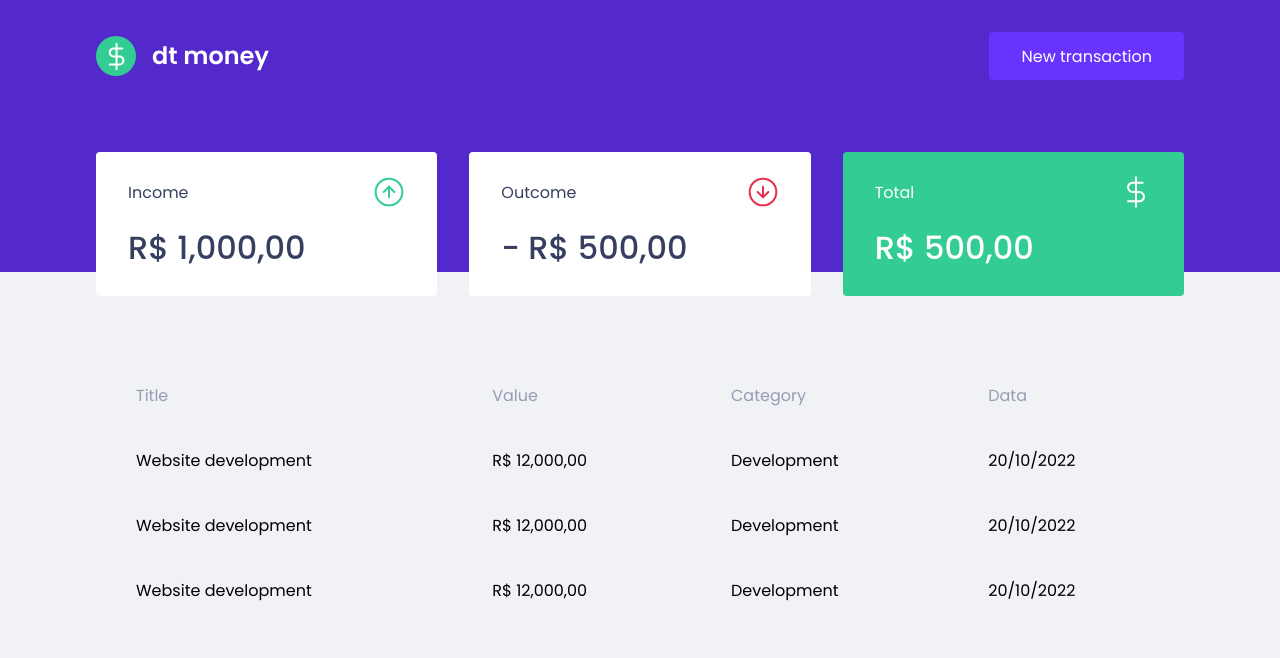
Repository: JoseGu1llardi/dtmoney
Page: /
The author's editor kept a copy of each file at every save. The page is drawn from the files as they stood at one save, then again after the next save.
The browser window is 1280 px wide. The pictures show the whole page.
The project was rebuilt for these pictures with package versions that can differ from the ones it lists, and the page was loaded fresh each time.

Above is the page before, as saved 2022-12-30 15:41:31.

### public/index.html
<!DOCTYPE html>
<html lang="en">
  <head>
    <link rel="preconnect" href="https://fonts.googleapis.com" />
    <link rel="preconnect" href="https://fonts.gstatic.com" crossorigin />

    <meta charset="utf-8" />
    <meta name="viewport" content="width=device-width, initial-scale=1" />

    <link
      href="https://fonts.googleapis.com/css2?family=Poppins:wght@400;500;600&display=swap"
      rel="stylesheet"
    />

    <link rel="shortcut icon" href="favicon.png" type="image/png" />

    <title>Guillardi Money</title>
  </head>
  <body>
    <noscript>You need to enable JavaScript to run this app.</noscript>
    <div id="root"></div>
  </body>
</html>

### src/index.tsx
import { StrictMode } from 'react';
import { createRoot } from 'react-dom/client';
import { App } from './App';

const root = createRoot(
  document.getElementById('root') as HTMLElement
);
root.render(
  <StrictMode>
    <App />
  </StrictMode>
);

### src/App.tsx
import { Dashboard } from "./components/Dashboard";
import { Header } from "./components/Header";

import { GlobalStyle } from "./styles/global";

export function App() {
  return (
    <>
      <Header />
      <Dashboard />
      <GlobalStyle />
    </>
  );
}

### src/components/Dashboard/index.tsx
import { Summary } from "../Summary";
import { TransactionTable } from "../TransactionsTable";

import { Container } from "./styles";


export function Dashboard() {
    return (
        <Container>
            <Summary />
            <TransactionTable />
        </Container>
    )
}

### src/components/Header/index.tsx
import logoImg from '../../assets/logo.svg'
import { Container, Content } from './styles'

export function Header() {
    return (
        <Container>
            <Content>
                <img src={logoImg} alt="Logo Guillardi Money" />
                <button>
                    New transaction
                </button>
            </Content>
        </Container>
    )
}

### src/styles/global.ts
import { createGlobalStyle } from "styled-components";

export const GlobalStyle = createGlobalStyle`
    :root {
        --background: #F0F2F5;
        --red: #e52e4d;
        --blue: #5429cc;
        --green: #33cc95;

        --blue-light: #6933ff;

        --text-title: #363f5f;
        --text-body: #969cb3;

        --background: #f0f2f5;
        --shape: #ffffff;
    }

    * {
        margin: 0;
        padding: 0;
        box-sizing: border-box;
    }

    html {
        @media (max-width: 1080px) {
            font-size: 93.75%;

        @media (max-width: 720px) {
            font-size: 87.5%;
        }
    }

    }

    body {
        background: var(--background);
        -webkit-font-smoothing: antialiased;
    }

    body, input, textarea, button {
        font-family: 'Poppins', sans-serif;
        font-weight: 400;
    }

    h1, h2, h3, h4, h5, h6, strong {
        font-weight: 600;
    }

    button {
        cursor: pointer;
    }

    [disabled] {
        opacity: 0.6;
        cursor: not-allowed;
    }
`;

### src/components/Summary/index.tsx
import { Container } from './styles';

import incomeImg from '../../assets/income.svg';
import outcomeImg from '../../assets/outcome.svg';
import totalImg from '../../assets/total.svg';

export function Summary() {
    return (
        <Container>
            <div>
                <header>
                    <p>Income</p>
                    <img src={incomeImg} alt="Logo income" />
                </header>
                <strong>R$ 1,000,00</strong>
            </div>

            <div>
                <header>
                    <p>Outcome</p>
                    <img src={outcomeImg} alt="Logo outcome" />
                </header>
                <strong>- R$ 500,00</strong>
            </div>

            <div className="highlight-background">
                <header>
                    <p>Total</p>
                    <img src={totalImg} alt="Logo total" />
                </header>
                <strong>R$ 500,00</strong>
            </div>
        </Container>
    )
}

### src/components/TransactionsTable/index.tsx
import { Container } from './styles';

export function TransactionTable() {
    return (
        <Container>
            <table>
                <thead>
                    <tr>
                        <th>Title</th>
                        <th>Value</th>
                        <th>Category</th>
                        <th>Data</th>
                    </tr>
                </thead>

                <tbody>
                    <tr>
                        <td>Website development</td>
                        <td>R$ 12,000,00</td>
                        <td>Development</td>
                        <td>20/10/2022</td>
                    </tr>

                    <tr>
                        <td>Website development</td>
                        <td>R$ 12,000,00</td>
                        <td>Development</td>
                        <td>20/10/2022</td>
                    </tr>

                    <tr>
                        <td>Website development</td>
                        <td>R$ 12,000,00</td>
                        <td>Development</td>
                        <td>20/10/2022</td>
                    </tr>

                </tbody>
            </table>
        </Container>
    )
}

### src/components/Header/styles.ts
import styled from "styled-components";

export const Container = styled.header`
  background: var(--blue);
`;

export const Content = styled.div`
  max-width: 1120px;
  margin: 0 auto;

  padding: 2rem 1rem 12rem;
  display: flex;
  align-items: center;
  justify-content: space-between;

  button {
    font-size: 1rem;
    color: white;
    background: var(--blue-light);
    border: 0;
    padding: 0 2rem;
    border-radius: 0.25rem;
    height: 3rem;

    transition: filter 0.2s;

    &:hover {
      filter: brightness(0.9);
    }
  }
`;

### src/components/Summary/styles.ts
import styled from "styled-components";

export const Container = styled.div`
  display: grid;
  grid-template-columns: repeat(3, 1fr);
  gap: 2rem;
  margin-top: -10rem;

  div {
    background: var(--shape);
    padding: 1.5rem 2rem;
    border-radius: 0.25rem;
    color: var(--text-title);

    header {
      display: flex;
      align-items: center;
      justify-content: space-between;
    }

    strong {
      display: block;
      margin-top: 1rem;
      font-size: 2rem;
      font-weight: 500;
    }

    &.highlight-background {
      background: var(--green);
      color: white;
    }
  }
`;

### src/components/TransactionsTable/styles.ts
import styled from "styled-components";

export const Container = styled.div`
  margin-top: 4rem;

  table {
    width: 100%;
    border-spacing: 0.5rem;

    th {
      color: var(--text-body);
      font-weight: 400;
      padding: 1rem 2rem;
      text-align: left;
      line-height: 1.5rem;
    }

    td {
      padding: 1rem 2rem;
      border: 0;
      background-color: var(--shapes);
    }
  }
`;

Loaded but not shown: src/components/Dashboard/styles.ts (common file)

After the next save:
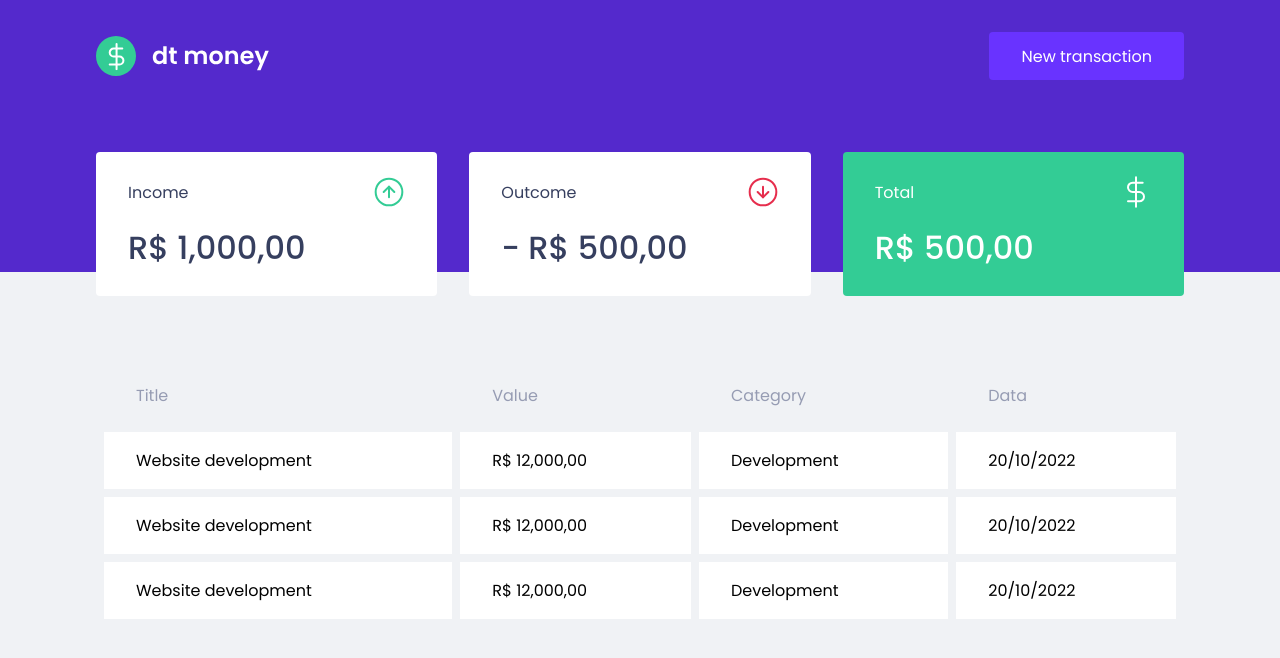
Saved 6 s later.
--- a/src/components/TransactionsTable/styles.ts
+++ b/src/components/TransactionsTable/styles.ts
@@ -18,7 +18,7 @@ export const Container = styled.div`
     td {
       padding: 1rem 2rem;
       border: 0;
-      background-color: var(--shapes);
+      background-color: var(--shape);
     }
   }
 `;
